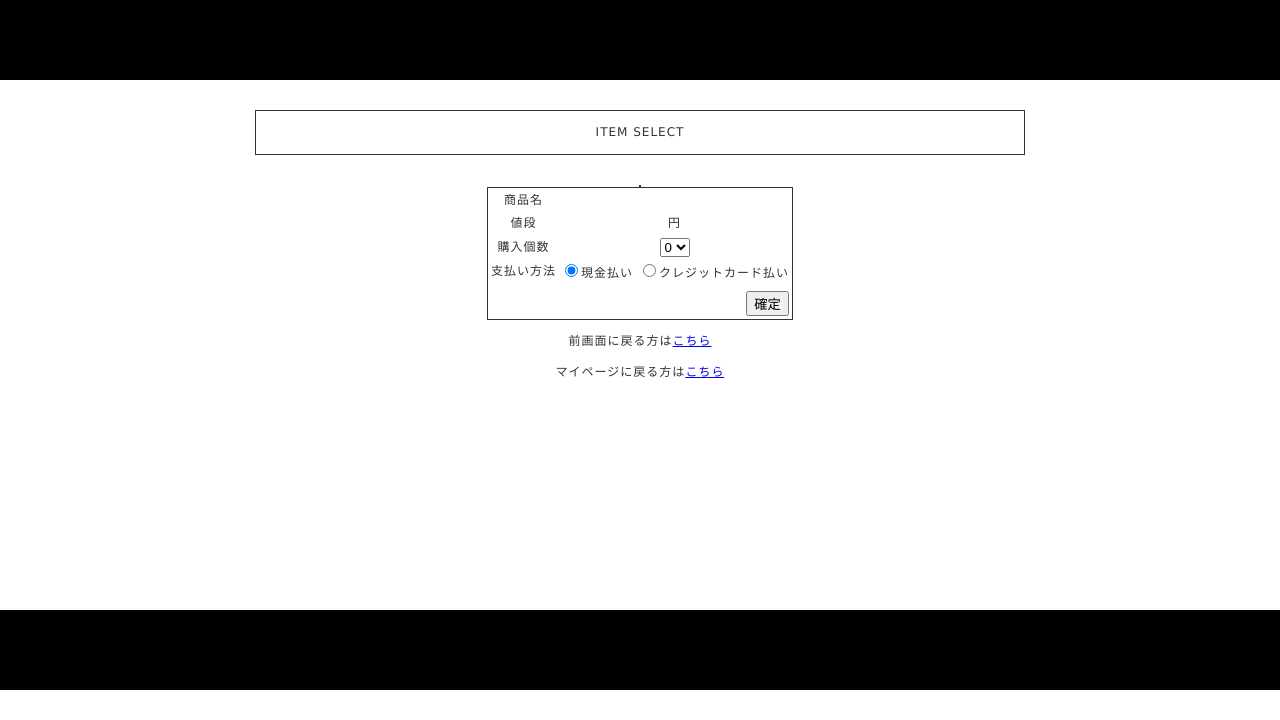
Repository: kf3225/backup
Page: http://localhost/ecsite/itemSelect.jsp
An editor plug-in stored every save of this project. The page is shown before and after the next save, followed by the edit.
The browser window is 1280 px wide. The pictures show the whole page.
The page is served by Tomcat 9.

Above is the page before, as saved 2018-01-31 04:44:47.

After the next save:
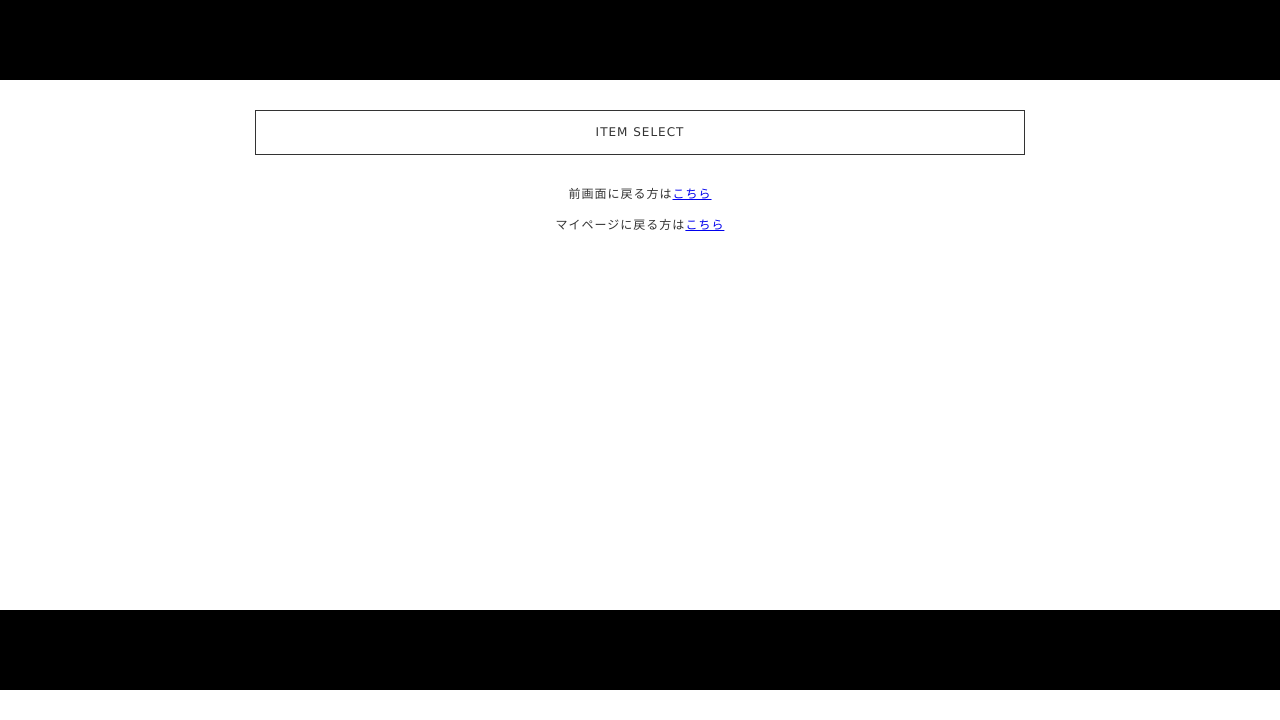
Saved 2 min 56 s later.
--- a/ecsite/WebContent/itemSelect.jsp
+++ b/ecsite/WebContent/itemSelect.jsp
@@ -71,15 +71,16 @@ table {
 	<div id="main">
 		<div id="top"><p>ITEM SELECT</p></div>
 		<div>
+			<s:iterator value="session.ItemSelectDTOList">
 			<s:form action="BuyItemAction">
 			<table>
 				<tr>
 					<td><span>商品名</span></td>
-					<td><s:property value="session.item_name" /><br></td>
+					<td><s:property value="itemName" /><br></td>
 				</tr>
 				<tr>
 					<td><span>値段</span></td>
-					<td><s:property value="session.itemPrice" /><span>円</span></td>
+					<td><s:property value="itemPrice" /><span>円</span></td>
 				</tr>
 				<tr>
 					<td><span>購入個数</span></td>
@@ -106,6 +107,7 @@ table {
 				</tr>
 			</table>
 			</s:form>
+			</s:iterator>
 			<div>
 				<p>前画面に戻る方は<a href='<s:url action="GoHomeAction" />'>こちら</a></p>
 				<p>マイページに戻る方は<a href='<s:url action="MyPageAction" />'>こちら</a></p>
